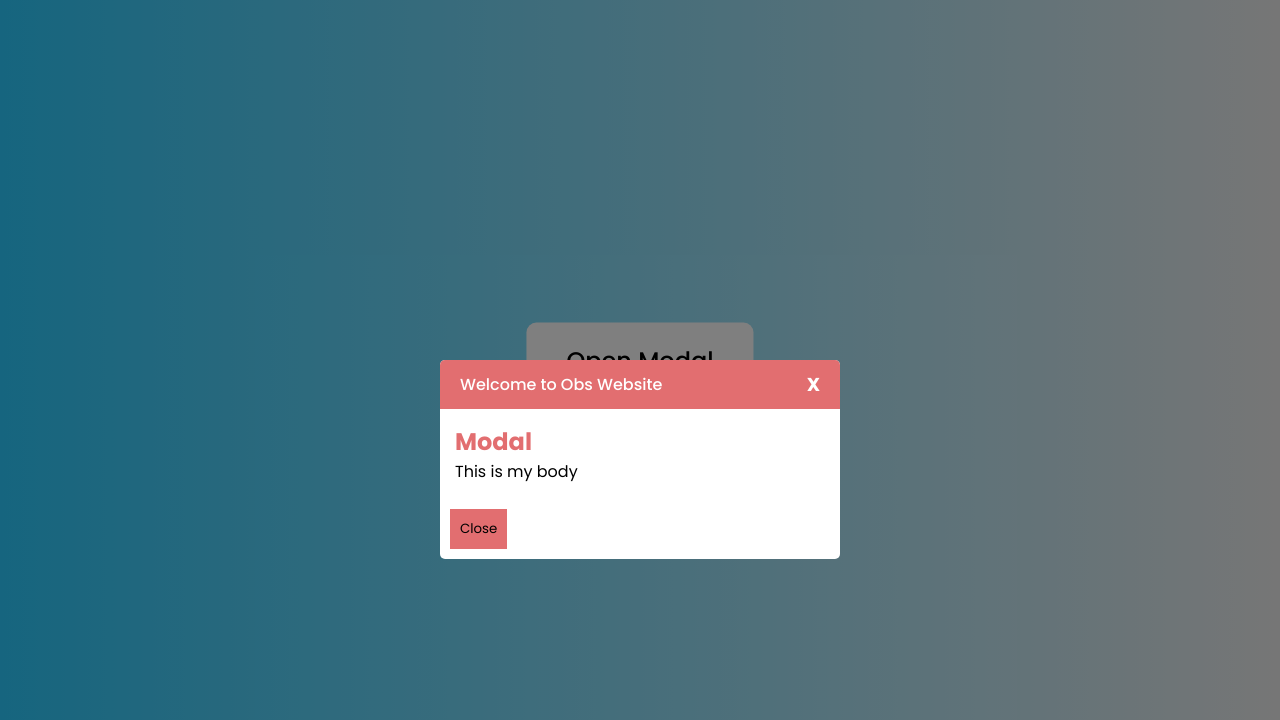
Repository: lausamtuong/Modal_card
Page: index.html
An editor plug-in stored every save of this project. The page is shown before and after a run of saves, followed by the edit.
The browser window is 1280 px wide. The pictures show the whole page.
The style sheet was rebuilt from its Sass, Less or Tailwind sources for each picture, by a compiler version that may differ from the author's.

Above is the page before, as saved 2021-12-15 07:01:38.

### index.html
<!DOCTYPE html>
<html lang="en">
<head>
    <meta charset="UTF-8">
    <meta http-equiv="X-UA-Compatible" content="IE=edge">
    <meta name="viewport" content="width=device-width, initial-scale=1.0">
    <link rel="stylesheet" href="style.css">
    <link href="https://fonts.googleapis.com/css2?family=Poppins:wght@400;500;700&display=swap" rel="stylesheet">
    <title>Document</title>
</head>
<body>
    <button class="open__btn">Open Modal</button>
    <div class="modal">
        <div class="modal__inner">
            <div class="modal__header">
                <p>Welcome to Obs Website</p>
                <h3>X</h3>
            </div>
            <div class="modal__body">
                <h2>Modal</h2>
                <p>This is my body</p>
            </div>
            <div class="modal__footer">
                <button class="modal__close-btn">Close</button>
            </div>
        </div>
    </div>
</body>
</html>

### style.scss
*{
    margin: 0;
    padding: 0;
    box-sizing: border-box;
    font-family: 'Poppins', sans-serif;
}
:root{
    --primary-color:#e26e70;
}
body{
    height: 100vh;
    background:  linear-gradient( to right,#2cccff ,#eee );;
}
.open__btn{
     position: relative;;
   top:50%;
   left:50%;
   transform: translate(-50%,-50%);
   outline: none;
   border: none;
   padding : 20px 40px;
   font-weight: 500;
   font-size: 1.5rem;
   border-radius: 10px;
   background-color:#fff;
   &:hover{
      opacity: 0.7;
       cursor: pointer;
       transition: 0.5s;
   }
}
.modal{
    background-color: rgba(0,0,0,0.5);
    position:fixed;
    top:0;
    height: 100vh;
    width:100vw;
    &__inner{
        position:relative;
        width:400px;
        top:50%;
        margin : auto;
        background-color: #fff;
        border-radius: 5px;
        overflow:hidden;
    }
    &__header{
        display: flex;
        justify-content: space-between;
        align-items: center;
        background-color:var(--primary-color);
        padding:10px 20px;
        font-weight: 500;
        font-size: 1rem;
        color:#fff;
    }
    &__body{
        h2{
            color:var(--primary-color);
            font-weight: 700;
            font-size: 1.5rem;
            padding: 15px 15px 0 15px;
        }
        p{
            padding :0 15px 15px 15px;
        }

    }
    &__footer{
        button{
        outline: none;
        border: none;
        background-color: var(--primary-color);
        padding:10px;
        margin: 10px;
        }
    }
}

After the next 4 saves:
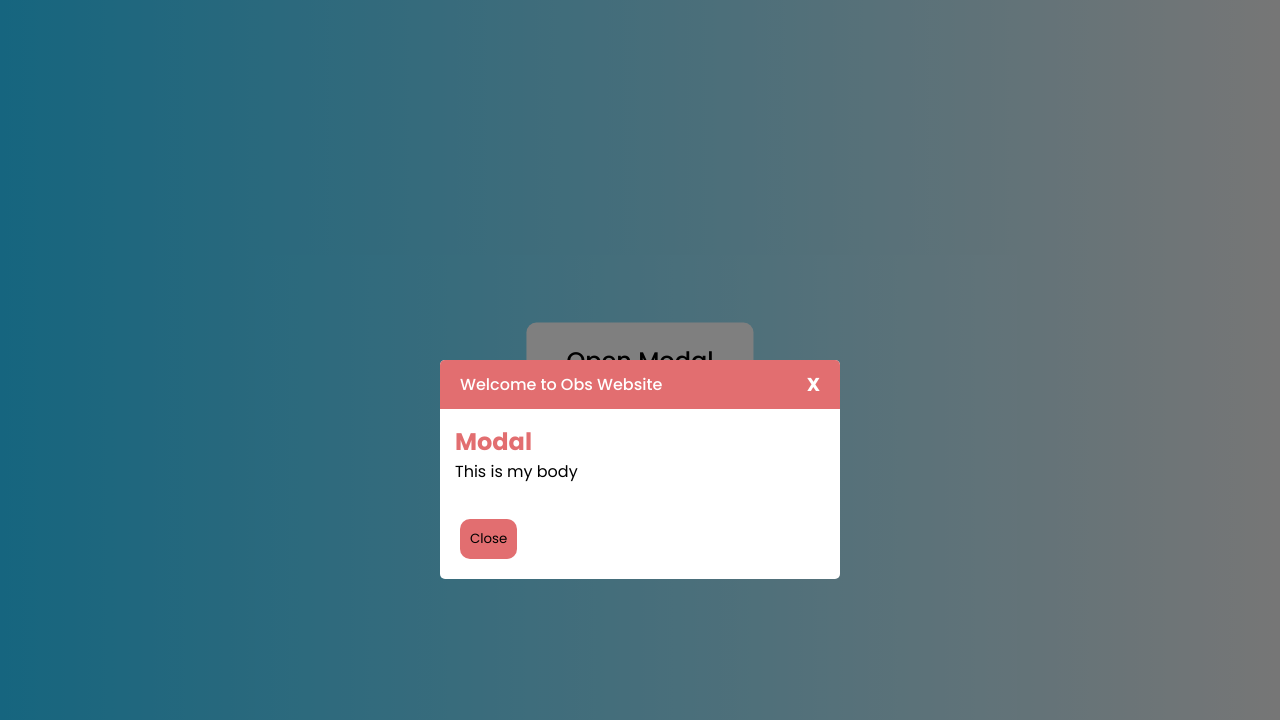
The 4 saves are shown as one change because 1 did not build or start and some came seconds apart.
The last was saved 15 s later.
--- a/style.scss
+++ b/style.scss
@@ -72,7 +72,8 @@ body{
         border: none;
         background-color: var(--primary-color);
         padding:10px;
-        margin: 10px;
+        margin: 20px;
+        border-radius: 10px;
         }
     }
 }
